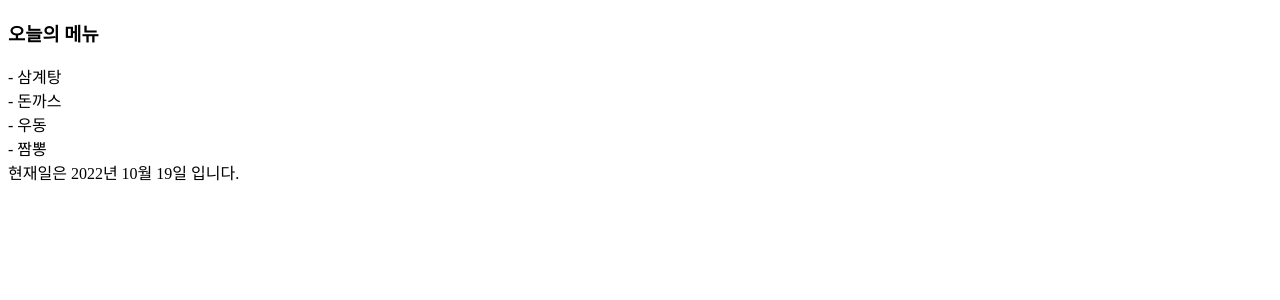
Repository: usonihs/StudyX
Page: http://localhost/JSP/Menu_01.jsp
These files come from the project's save history. The page is drawn as it stood at one moment and after a run of saves; the edit follows.
The browser window is 1280 px wide. The pictures show the whole page.
The page is served by Tomcat 9.

Above is the page before, as saved 2022-10-20 01:45:13.

After the next 2 saves:
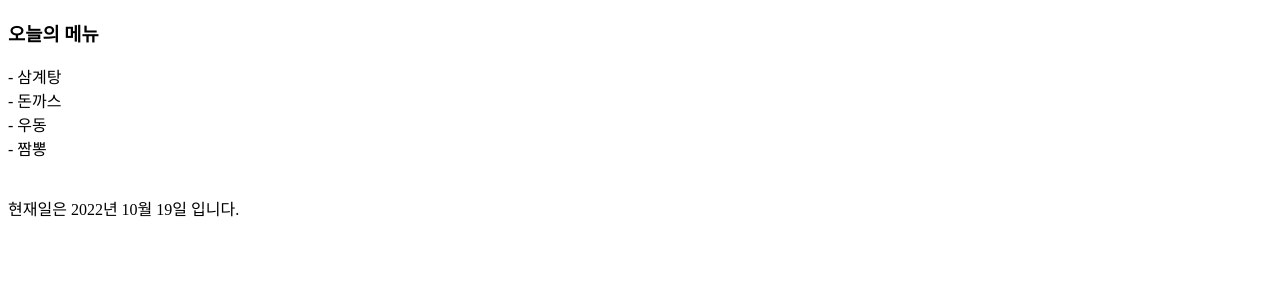
The 2 saves are shown as one change because they came seconds apart.
The last was saved 21 s later.
--- a/JSP/JSP/src/main/webapp/Menu_01.jsp
+++ b/JSP/JSP/src/main/webapp/Menu_01.jsp
@@ -1,5 +1,5 @@
 <%@ page language="java" contentType="text/html; charset=UTF-8"
-    pageEncoding="UTF-8"%>
+	pageEncoding="UTF-8"%>
 <!DOCTYPE html>
 <html>
 <head>
@@ -7,11 +7,14 @@
 <title>오늘의 메뉴</title>
 </head>
 <body>
-<h3>오늘의 메뉴</h3>
-- 삼계탕 <br>
-- 돈까스 <br>
-- 우동 <br>
-- 짬뽕 <br>
-<%@include file = "Date_02.jsp" %>
+	<h3>오늘의 메뉴</h3>
+	- 삼계탕
+	<br> - 돈까스
+	<br> - 우동
+	<br> - 짬뽕
+	<br>
+	<br>
+	<br>
+	<%@include file="Date_02.jsp"%>
 </body>
 </html>
